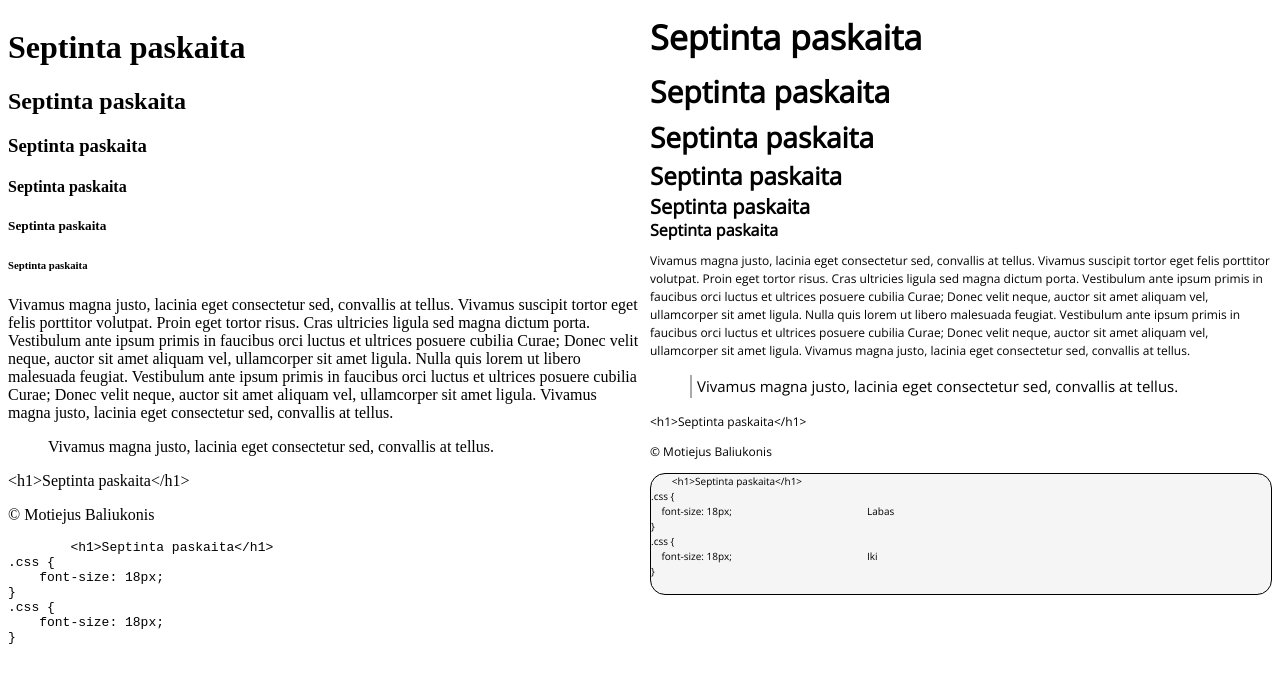
Repository: motiejus1/07-paskaita-05.31
Page: index.html
These files come from the project's save history. The page is drawn as it stood at one moment and after the next save; the edit follows.
The browser window is 1280 px wide. The pictures show the whole page.

Above is the page before, as saved 2021-06-10 20:50:58.

After the next save:
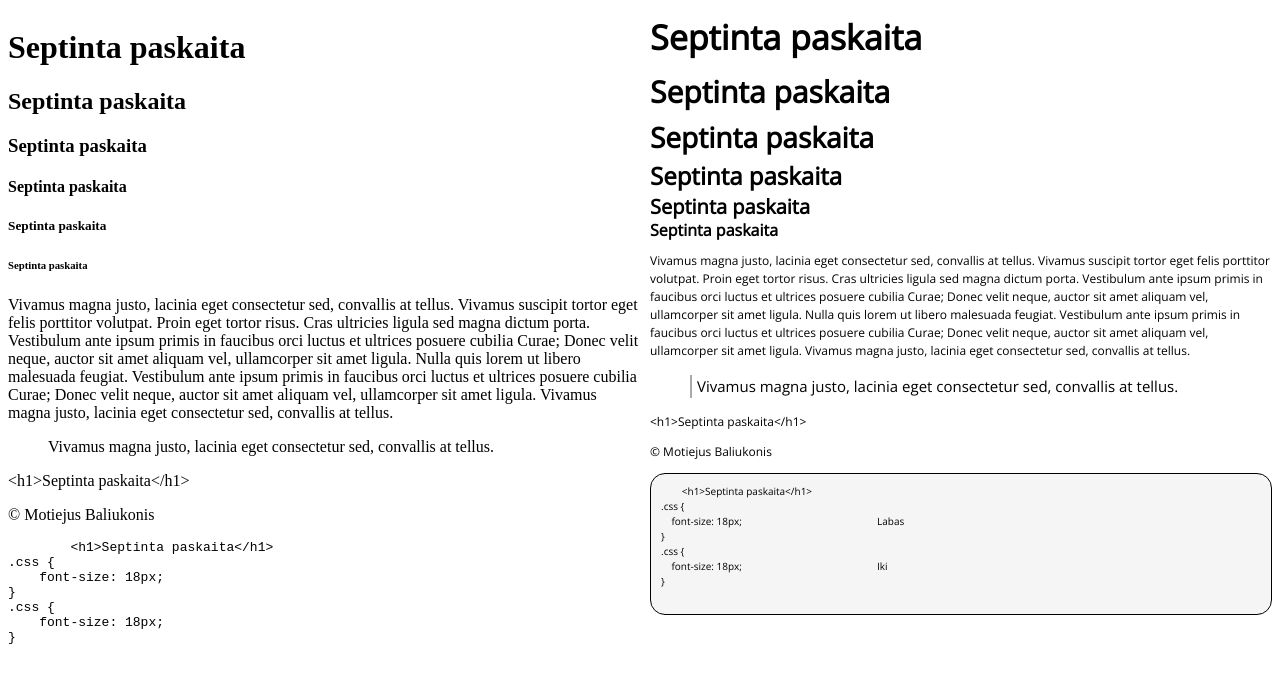
Saved 68 s later.
--- a/index.html
+++ b/index.html
@@ -32,6 +32,7 @@
             border: 1px solid black;
             border-radius: 15px;
             background-color: #f5f5f5 ;
+            padding: 10px;
         }
 
         .right h1, .right h2, .right h3, .right h4, .right h5, .right h6 {
